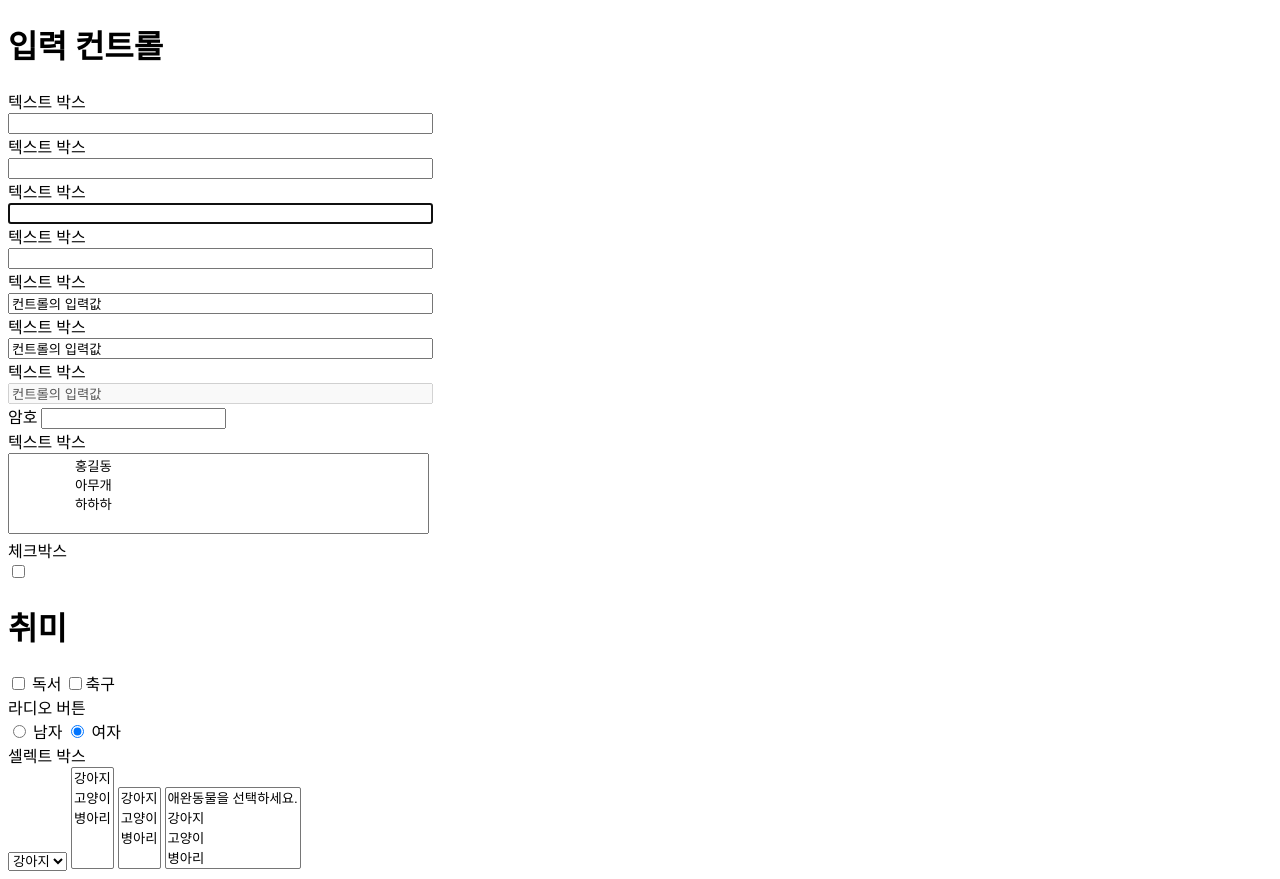
Repository: Hwang-97/HhwDesktop
Page: client/ClientTest/src/main/webapp/html/ex17_form.html
These files come from the project's save history. The page is drawn as it stood at one moment and after the next save; the edit follows.
The browser window is 1280 px wide. The pictures show the whole page.

Above is the page before, as saved 2021-12-13 02:40:09.

After the next save:
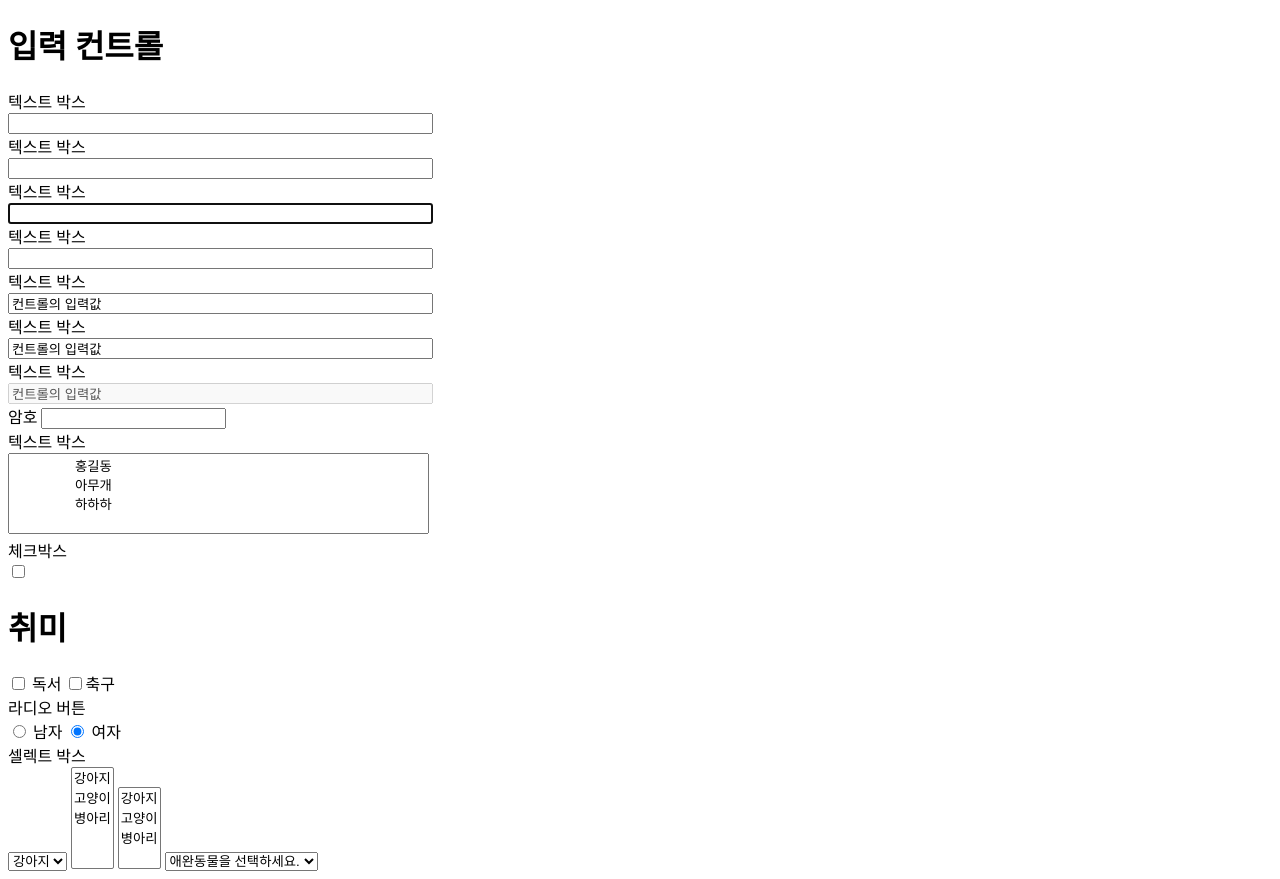
Saved 21 s later.
--- a/client/ClientTest/src/main/webapp/html/ex17_form.html
+++ b/client/ClientTest/src/main/webapp/html/ex17_form.html
@@ -97,7 +97,7 @@ maxlength="5" value="컨트롤의 입력값" disabled><!--사용 불가-->
 	<option value ="3">병아리</option>
 </select>
 
-<select name ="sel4" multiple>
+<select name ="sel4">
 	<option>애완동물을 선택하세요.</oprion>
 	<option value ="1">강아지</option>
 	<option value ="2">고양이</option>
